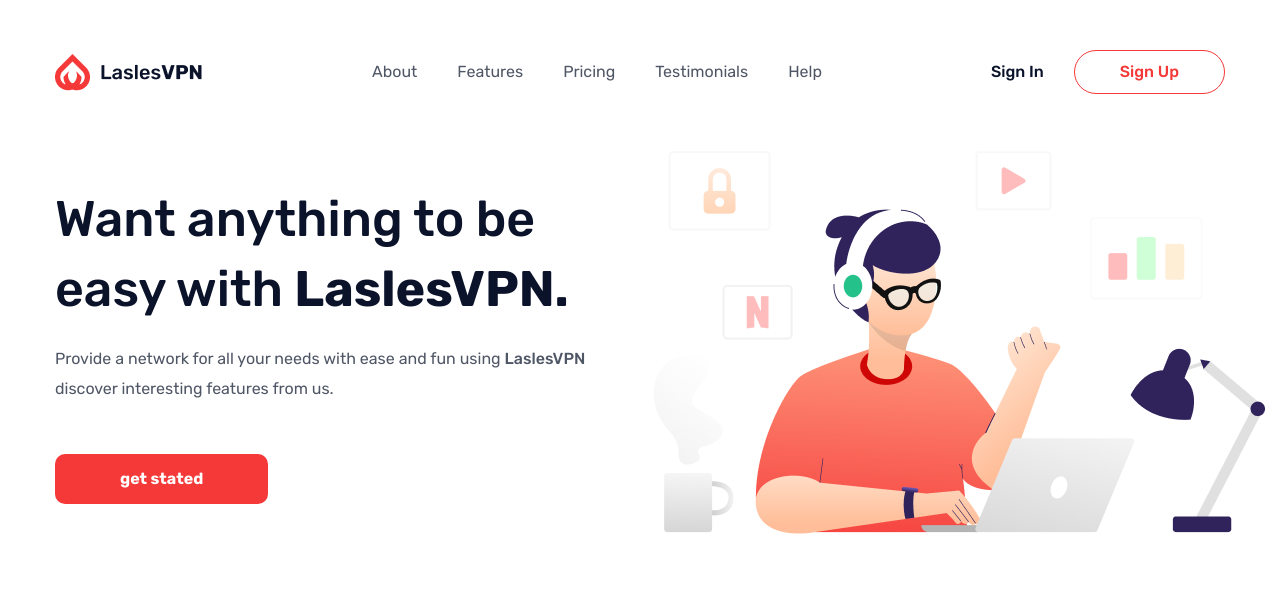
Repository: longvuht/lasles-VPN-vu
Page: index.html
An editor plug-in stored every save of this project. The page is shown before and after the next save, followed by the edit.
The browser window is 1280 px wide. The pictures show the whole page.
The style sheet was rebuilt from its Sass, Less or Tailwind sources for each picture, by a compiler version that may differ from the author's.

Above is the page before, as saved 2022-09-10 16:49:20.

After the next save:
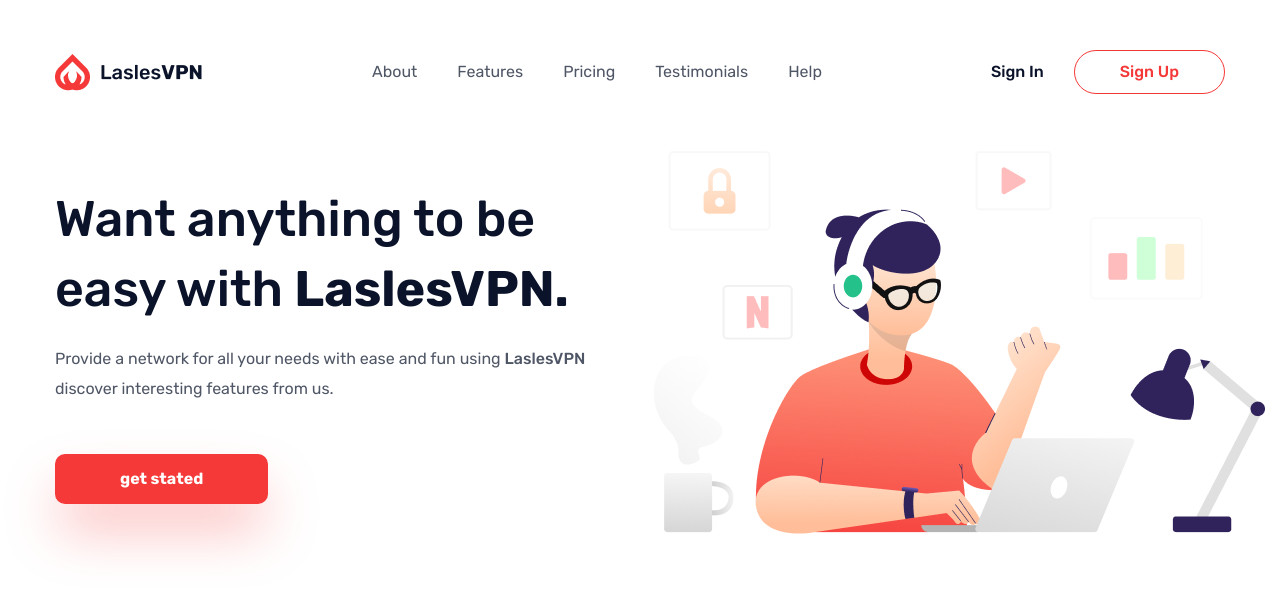
Saved 115 s later.
--- a/sass/_global.scss
+++ b/sass/_global.scss
@@ -41,5 +41,6 @@
   &--rounded {
     border-radius: 10px;
     padding: 17px 65px;
+    box-shadow: 0 30px 54px -5px rgba(245, 56, 56, 0.35);
   }
 }
